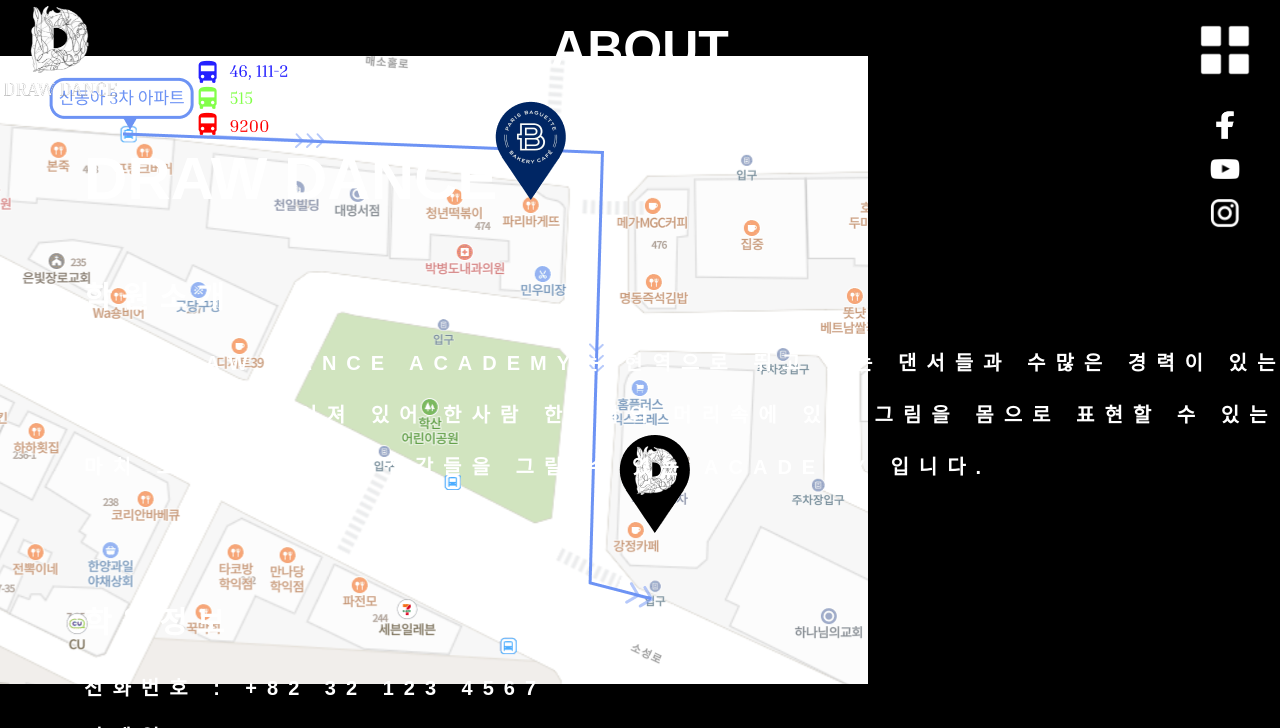
Repository: seonghun9906/semiProject
Page: http://localhost/drawAcademy/WEB-INF/views/headerMenu/about.jsp
The author's editor kept a copy of each file at every save. The page is drawn from the files as they stood at one save, then again after the next save.
The browser window is 1280 px wide. The pictures show the whole page.
The page is served by Tomcat 9. Nobody is signed in. Other server files are loaded and not shown. The template is opened directly, without the code that normally fills it, so the values that code supplies are empty.

Above is the page before, as saved 2024-02-26 04:49:01.

### drawAcademy/src/main/webapp/WEB-INF/views/headerMenu/about.jsp
<%@ page language="java" contentType="text/html; charset=UTF-8"
   pageEncoding="UTF-8"%>
<%@ taglib uri="http://java.sun.com/jsp/jstl/core" prefix="c"%>
<!DOCTYPE html>
<html>
<head>
<meta charset="UTF-8">
<title>수강신청 사이트</title>
<link rel="stylesheet" href="resources/css/about.css">
<script src="https://code.jquery.com/jquery-3.7.1.min.js"
   integrity="sha256-/JqT3SQfawRcv/BIHPThkBvs0OEvtFFmqPF/lYI/Cxo="
   crossorigin="anonymous"></script>

</head>
<body>
   <div class="bodyMain">
   <img src="resources/images/demitasse project.PNG" class=demitasse>
      <div class="title">
         ABOUT
      </div>
      <div class="middle-part">
         <p>DRAW DANCE</p>
         <div class="low-part">
         <p>학원소개</p>
         </div>
         <div class="lowLow-part">
         <p>저희 DRAW DANCE ACADEMY는 현역으로 뛰고 있는 댄서들과 수많은 경력이 있는<br><br> 강사진으로
          이루어져 있어
         	한사람 한사람의 머리속에 있는 그림을 몸으로 표현할 수 있는<br><br> 마치 도화지에 본인의 생각들을 그릴 수 있는
         	ACADEMY 입니다.</p>
         </div>
         <div class="low-part">
         <br>
         <br>
         <p>학원정보</p>
         </div>
         <div class="lowLow-part">
         <p>전화번호 : +82 32 123 4567</p>
         <p>이메일 : DrawDance@semiproject.com</p>
         <p>주소 : 인천광역시 0000번길 000 00빌딩 0층</p>
         </div>
      </div>
       <!-- 오시는길  -->
      <div id="mapSection" class="mapInfo">
      	<div class="mapInfoText">
      		<p>오시는 길</p>
      <img src="resources/images/Map.png" class="map">
      		<div class="mapInfoTextImport">
      		<p>신동아아파트에서 하차 후 파리바게트 기준으로 오른쪽 골목</p>
      		</div>
      	</div>
      </div>
      <!-- 오시는길  end-->
      </div>


      <div class="headerMenu">
         <button class="Home-btn" onclick="location.href='./'">
            <img src="resources/images/lg.png" class="logo">
         </button>
      </div>
      <div id="menu-container">
         <img src="resources/images/menu.png" id="menuButton">
         <div id="rectangle">
            <br> <br>
            <button class="Home-btn" onclick="location.href='./'">
               <p>HOME</p>
            </button>
            <br> <br> <br>
            <button class="ABOUT-btn" onclick="location.href='./about'">
               <p>ABOUT</p>
            </button>
            <br> <br> <br>
            <button class="INSTRUCTORS-btn"
               onclick="location.href='./instructors'">
               <p>INSTRUCTORS</p>
            </button>
            <br> <br> <br>
            <button class="CLASS-btn" onclick="location.href='./classpage'">
               <p>CLASS</p>
            </button>
             <br> <br> <br>
              <button class="CONTACT-btn" onclick="location.href='./qboard'">
               <p>FAQ</p>
            </button>
            <br> <br> <br> <br> <br> <br> <br>
            <div class="smallWord">
               <button id="loginBtn" class="LOGIN-btn"
                  onclick="location.href='./login'">
                  <small>LOGIN</small>
               </button>
               <form id="logoutForm" action="logout" method="get">
                  <button class="LOGIN-btn" onclick="location.href='./'">
                     <small>LOGOUT</small>
                  </button>
               </form>
               <button id="signupBtn" class="SIGNUP-btn"
                  onclick="location.href='./signUp'">
                  <small>SIGN UP</small>
               </button>
               <button id="myPage" class="MYPAGE-btn"
                  onclick="location.href='./mypage'">
                  <small>MY PAGE</small>
               </button>
            </div>
            <br> <br>
            <div id="icon-container2">
               <a href="https://www.facebook.com"> <img
                  src="resources/images/facebookIcon.png" class="facebook">
               </a> <a href="https://www.youtube.com"> <img
                  src="resources/images/youtubeIcon.png" class="youtube">
               </a> <a href="https://www.instagram.com"> <img
                  src="resources/images/instagramIcon.png" class="instagram">
               </a>
            </div>
         </div>
      </div>
      <div id="icon-container">
         <a href="https://www.facebook.com"> <img
            src="resources/images/facebookIcon.png" class="facebook">
         </a> <a href="https://www.youtube.com"> <img
            src="resources/images/youtubeIcon.png" class="youtube">
         </a> <a href="https://www.instagram.com"> <img
            src="resources/images/instagramIcon.png" class="instagram">
         </a>
      </div>



</body>
<script>
$(document).ready(function() {
	  var rectangle = $("#rectangle");
	  var menuButton = $("#menuButton");
	  var iconContainer = $("#icon-container");
	  var isRectangleVisible = false;

	  menuButton.on('click', function() {
	    if (!isRectangleVisible) {
	      rectangle.show();
	      iconContainer.hide();
	      isRectangleVisible = true;
	    } else {
	      rectangle.hide();
	      iconContainer.show();
	      isRectangleVisible = false;
	    }
	  });
	});
</script>
<script>
$(document).ready(function() {
	  var loginBtn = $("#loginBtn");
	  var logoutForm = $("#logoutForm");
	  var signupBtn = $("#signupBtn");
	  var myPageBtn = $("#myPage");

	  var loggedInMember = '<%= session.getAttribute("login") %>';
	  console.log("세션에 저장된 값: " + loggedInMember);

	  // 여기서 로그인 여부를 확인하고 그에 따라 버튼을 표시하거나 숨깁니다.
	  var isLoggedIn = loggedInMember !== 'null' && loggedInMember !== '';

	  if (isLoggedIn) {
	    loginBtn.hide();
	    logoutForm.show();
	    signupBtn.hide();
	    myPageBtn.show();
	  } else {
	    loginBtn.show();
	    logoutForm.hide();
	    signupBtn.show();
	    myPageBtn.hide();
	  }
	});
</script>
</html>

### drawAcademy/src/main/webapp/resources/css/about.css
html {
   height: 100%;
}

body {
   margin: 0;
   padding: 0;
   font-family: sans-serif;
   background: linear-gradient(#000000, #111111);
}

.demitasse {
    position: fixed;
    top: 0;
    left: 0;
    width: 100%;
    height: 100%;
    z-index: -1;
    object-fit: cover;
    opacity: 0.5; /* 0부터 1까지의 값으로 투명도를 지정합니다. 0은 완전 투명, 1은 완전 불투명입니다. */
}

.bodyMain {
   position: absolute;
   background-color: #000000;
   top: 0;
   left: 0;
   bottom: 0;
   right: 0;
   width: 100%;
   height: 100%;
}

.title {
   width: 100%; /* 컨테이너의 너비를 화면 전체로 설정 */
   position: fixed; /* 화면 아래에 고정시킵니다. */
   text-align: center; /* 내부 텍스트를 가운데 정렬합니다. */
   padding: 20px; /* 내부 여백 설정 (예시) */
   box-sizing: border-box; /* 패딩이 포함된 전체 너비/높이 계산 */
   color: #ffffff;
   font-size: 50px;
   font-weight: bold;
}

.middle-part {
   width: 100%; /* 컨테이너의 너비를 화면 전체로 설정 */
   position: fixed; /* 화면 아래에 고정시킵니다. */
   text-align: left; /* 내부 텍스트를 가운데 정렬합니다. */
   padding: 20px; /* 내부 여백 설정 (예시) */
   box-sizing: border-box; /* 패딩이 포함된 전체 너비/높이 계산 */
   color: #ffffff;
   font-size: 60px;
   font-weight: bold;
   margin: 5%;
}

.headerMenu .Home-btn {
   position: absolute;
   background: none;
   border: none;
   padding: 0;
   cursor: pointer;
   width: auto; /* 이미지 크기에 맞게 자동으로 조정됨 */
   z-index: 9999;
}

.headerMenu .logo {
   width: 120px; /* 이미지가 버튼 내에서 꽉 차도록 설정 */
   height: auto; /* 이미지의 가로 세로 비율을 유지하면서 버튼에 맞게 조정 */
}

.facebook {
   width: 20px;
   height: 30px;
   z-index: 9999;
}

.youtube {
   width: 30px;
   height: 20px;
   z-index: 9999;
}

.instagram {
   width: 30px;
   height: 30px;
   z-index: 9999;
}

#menu-container {
   position: relative;
   z-index: 9999;
}

#menuButton {
   cursor: pointer;
   position: absolute;
   top: 25px;
   right: 30px; /* 오른쪽으로 이동 */
   display: flex;
   width: 50px;
   height: 50px;
   z-index: 9999;
}

#icon-container {
   position: absolute;
   top: 110px;
   right: 40px;
   display: flex;
   flex-direction: column; /* 세로 방향으로 아이콘을 나열 */
   align-items: center; /* 아이콘을 수직 중앙으로 정렬 */
   gap: 15px; /* 아이콘 사이의 간격 설정 */
   z-index: 9998;
}

#rectangle {
   /* 처음엔 숨겨져 있음 */
   position: absolute;
   top: 110px; /* toggleButton 바로 아래 위치 */
   right: 30px; /* menuButton과 같게 */
   width: 10.5%;
   min-height: 200px;
   color: black;
   background-color: black;
   display: none;
   border: 2px solid white;
   background-color: black;
   z-index: 9999;
}

#rectangle button {
   cursor: pointer;
   background-color: black;
   border: none;
   padding: 0.5em 0.5em; /* 위아래 0.5em, 좌우 1em으로 설정하여 버튼 크기를 내용에 맞게 조정 */
   color: white;
   font-size: 23px;
   gap: 15px;
}

#rectangle p {
   color: white;
   text-align: left;
   font-size: 24px;
   text-decoration: underline; /* 밑줄 */
   margin: 0px;
}

.smallWord {
   color: white;
   margin: 10px;
}

#icon-container2 {
   position: relative;
   right: -30px;
   display: flex;
   margin-bottom: 30px;
   flex-direction: row; /* 가로 방향으로 아이콘을 나열 */
   align-items: center; /* 아이콘을 수직 중앙으로 정렬 */
   gap: 15px; /* 아이콘 사이의 간격 설정 */
   z-index: 9998;
}

.instructor-container {
   width: 100%;
   position: fixed;
   bottom: 0;
   padding: 20px;
   display: flex;
   justify-content: space-around;
   flex-direction: row;
   box-sizing: border-box;
}

.instructor-container img {
   width: 200px;
   height: 200px;
   }

  .low-part {
  	color : white;
  	letter-spacing : 10px;
  	 font-size: 30px;
  }

  .lowLow-part{
  	width : auto;
  	text-align: left;
  	color : white;
  	letter-spacing : 10px;
  	font-size: 20px;
  }

After the next save:
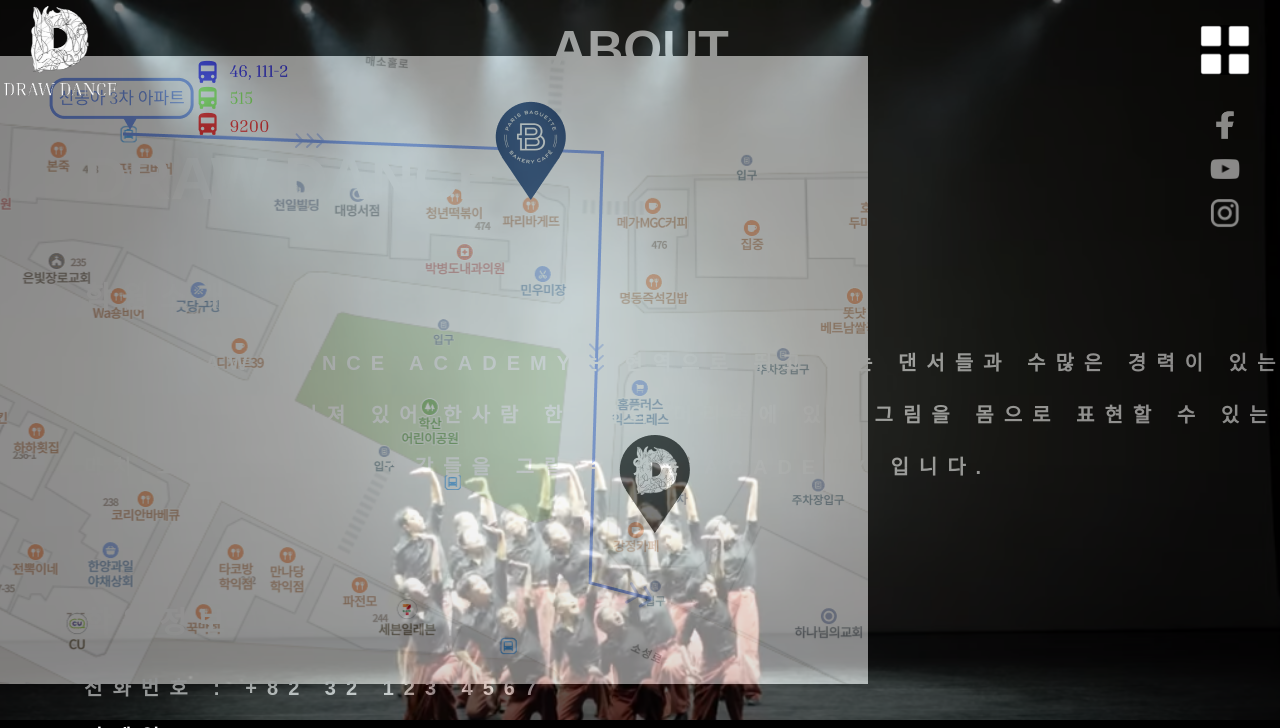
Saved 53 s later.
--- a/drawAcademy/src/main/webapp/resources/css/about.css
+++ b/drawAcademy/src/main/webapp/resources/css/about.css
@@ -15,7 +15,7 @@ body {
     left: 0;
     width: 100%;
     height: 100%;
-    z-index: -1;
+    z-index: 9999;
     object-fit: cover;
     opacity: 0.5; /* 0부터 1까지의 값으로 투명도를 지정합니다. 0은 완전 투명, 1은 완전 불투명입니다. */
 }
